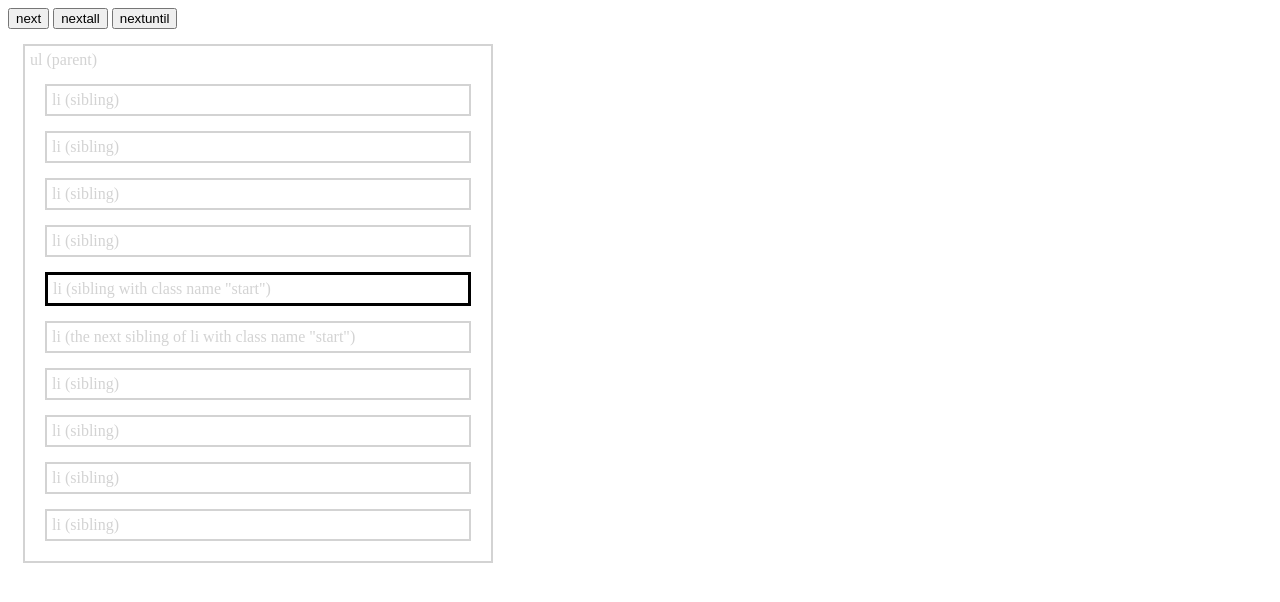
Repository: JJaeHwan/HTML
Page: jquerypro/WebContent/0113/찾기메소드.html
These files come from the project's save history. The page is drawn as it stood at one moment and after the next save; the edit follows.
The browser window is 1280 px wide. The pictures show the whole page.
After loading, the first visible `#nextun` was clicked once.

Above is the page before, as saved 2023-01-13 06:39:38.
Console error: TypeError: $(...).nextUntill is not a function

### jquerypro/WebContent/0113/찾기메소드.html
<!DOCTYPE html>
<html>
<head>
	<meta charset="UTF-8">

<style>

.siblings * {
  display: block;
  border: 2px solid lightgrey;
  color: lightgrey;
  padding: 5px;
  margin: 15px;
}
.start{
	border : 3px solid black;

}

</style>

<script src="https://ajax.googleapis.com/ajax/libs/jquery/3.6.1/jquery.min.js"></script>


<script>
$(document).ready(function(){

	$('#next').on('click', function() {

	  $("li.start").next().css({"color": "red", "border": "2px solid red"});


	  })
	  $('#nextall').on('click', function() {
		nextall = $('li.start').nextAll();

		$(nextall).css({"color": "blue", "border": "2px solid blue"})
	})

	$('#nextun').on('click', function() {
		vuntil = $('li.start').nextUntill($('li').last());

		$(vuntil).css({"color": "green", "border": "2px solid green"});

	})

});
</script>

</head>

<body>
<input type="button" value="next" id="next">
<input type="button" value="nextall" id="nextall">
<input type="button" value="nextuntil" id="nextun">

<div style="width:500px;" class="siblings">
  <ul>ul (parent)
    <li>li (sibling)</li>
    <li>li (sibling)</li>
    <li>li (sibling)</li>
    <li>li (sibling)</li>
    <li class="start">li (sibling with class name "start")</li> 		<!--↑이전 기준 줄 ↓다음 -->
    <li>li (the next sibling of li with class name "start")</li>
    <li>li (sibling)</li>
    <li>li (sibling)</li>
    <li>li (sibling)</li>
    <li>li (sibling)</li>
  </ul>
</div>

</body>
</html>

After the next save:
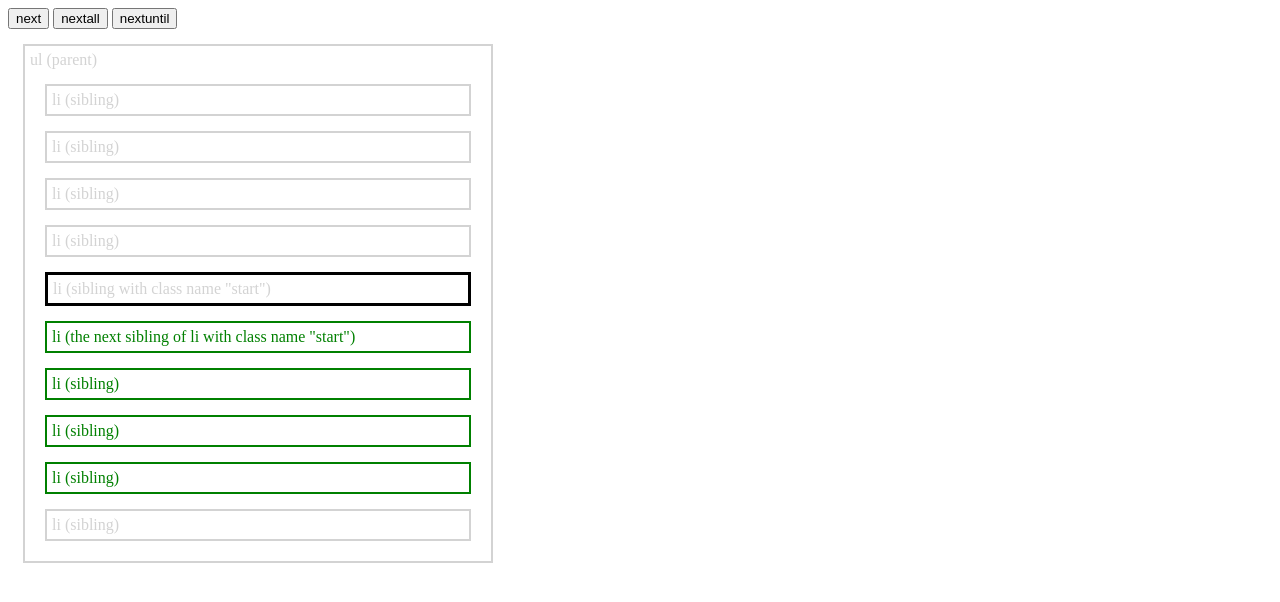
The error is gone.
Saved 47 s later.
--- a/jquerypro/WebContent/0113/찾기메소드.html
+++ b/jquerypro/WebContent/0113/찾기메소드.html
@@ -38,7 +38,7 @@ $(document).ready(function(){
 	})
 
 	$('#nextun').on('click', function() {
-		vuntil = $('li.start').nextUntill($('li').last());
+		vuntil = $('li.start').nextUntil($('li').last());
 
 		$(vuntil).css({"color": "green", "border": "2px solid green"});
 
